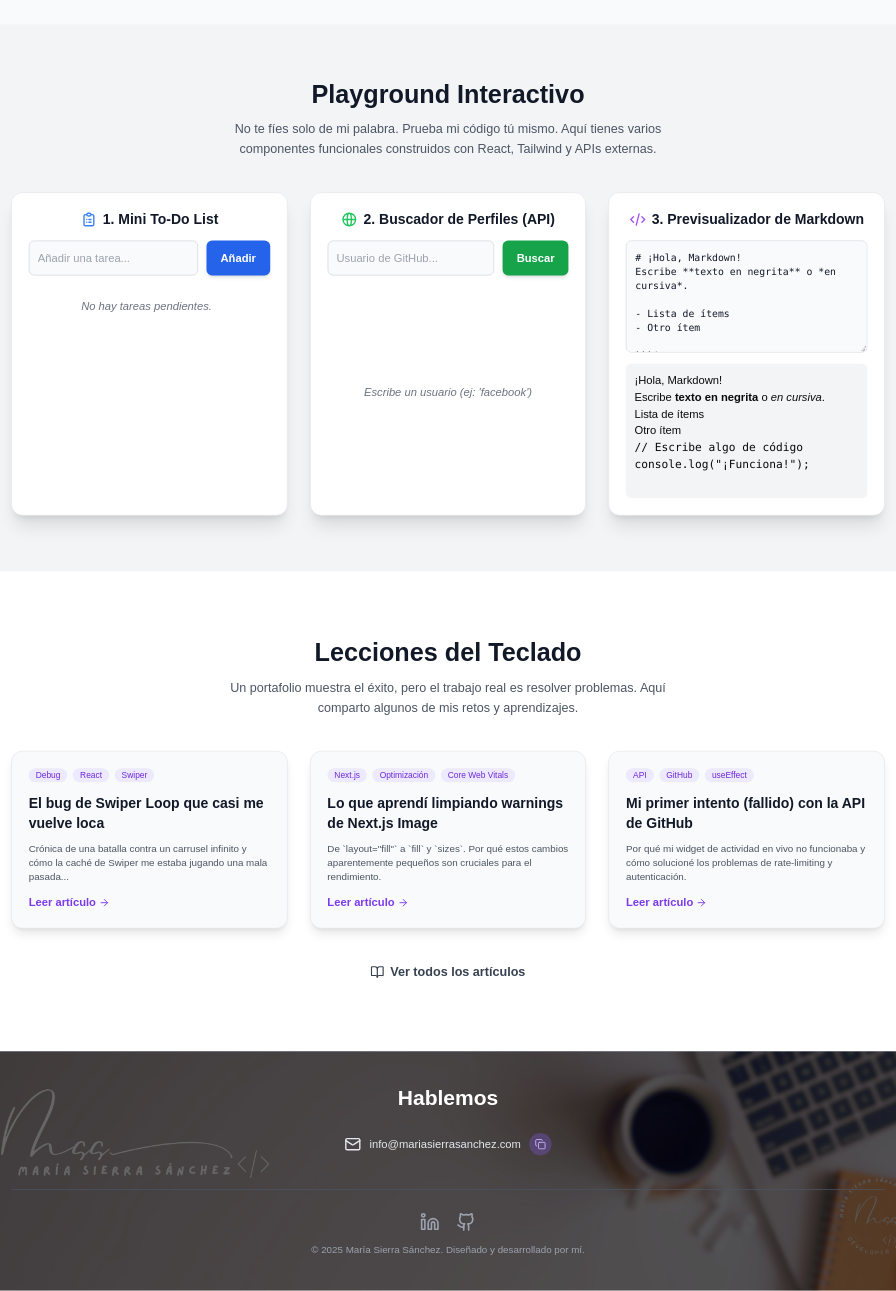
Repository: SierraMa1/SierraMa1.github.io
Page: /
These files come from the project's save history. The page is drawn as it stood at one moment and after the next save; the edit follows.
The browser window is 1280 px wide. The pictures show the part of the page from y = 3921 to 5841 px (the page is 5765 px tall before and 5841 px after), at 70% of full size.
The page's requests for data from a server got no answer. The project was rebuilt for these pictures with package versions that can differ from the ones it lists, and the page was loaded fresh each time. The framework's server and built-in components were replaced by stand-ins that run in the browser. No one was signed in, and anything a server would have sent is missing. Also part of the build but not shown: next.config.ts, src/components/ChatWindow.jsx.

Above is the page before, as saved 2025-10-27 18:14:11.

After the next save:
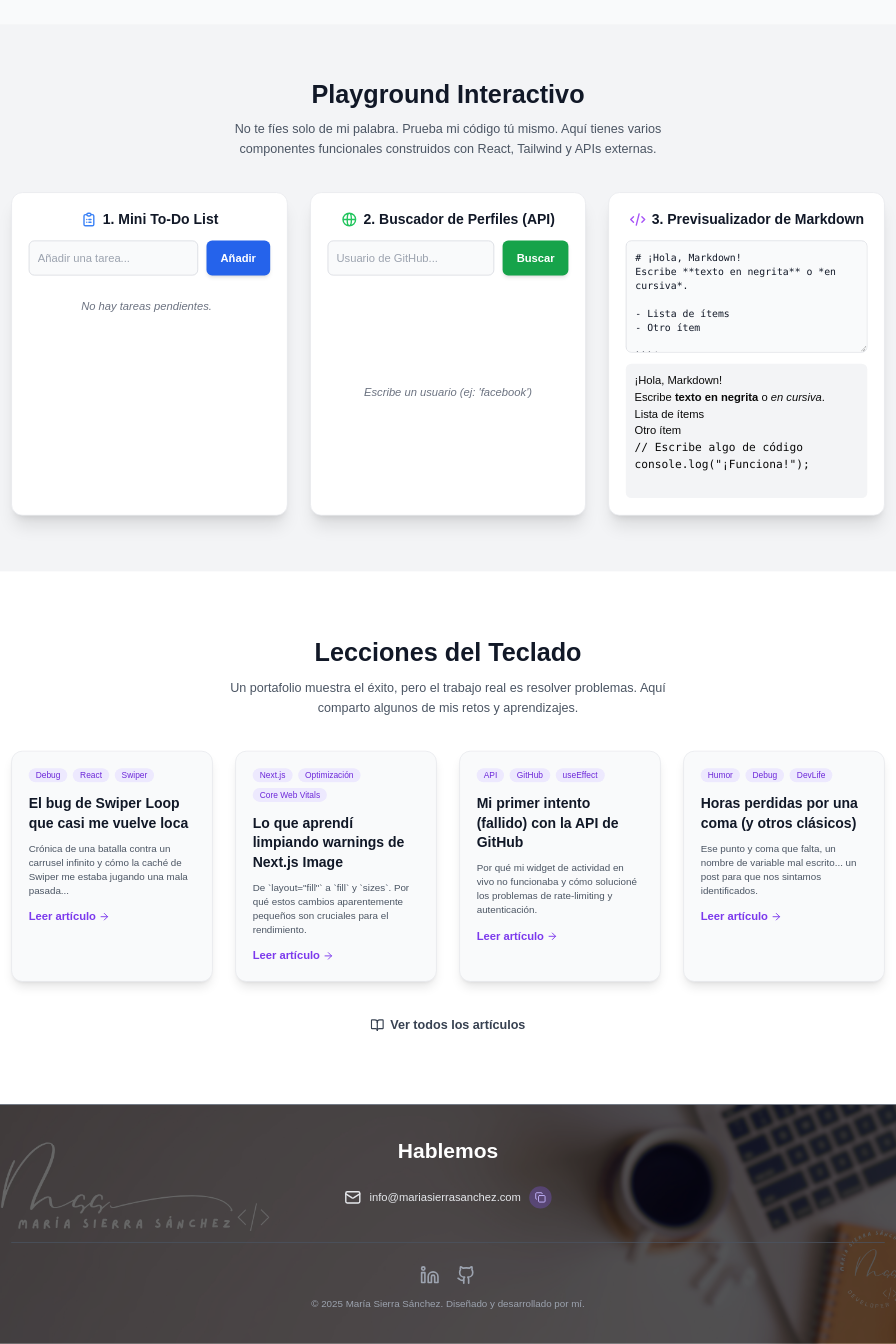
Saved 7 min 8 s later.
--- a/src/components/BlogSection.tsx
+++ b/src/components/BlogSection.tsx
@@ -17,11 +17,17 @@ const blogPosts = [
     tags: ['Next.js', 'Optimización', 'Core Web Vitals'],
   },
   {
-    // ¡AQUÍ ESTABA EL ERROR! He corregido el slug:
     slug: '/blog/primer-intento-api-github',
     title: 'Mi primer intento (fallido) con la API de GitHub',
     description: 'Por qué mi widget de actividad en vivo no funcionaba y cómo solucioné los problemas de rate-limiting y autenticación.',
     tags: ['API', 'GitHub', 'useEffect'],
+  },
+  // ¡AQUÍ ESTÁ EL NUEVO ARTÍCULO!
+  {
+    slug: '/blog/olvide-una-coma',
+    title: 'Horas perdidas por una coma (y otros clásicos)',
+    description: 'Ese punto y coma que falta, un nombre de variable mal escrito... un post para que nos sintamos identificados.',
+    tags: ['Humor', 'Debug', 'DevLife'],
   },
 ];
 // -------------------------
@@ -39,7 +45,7 @@ export default function BlogSection() {
         </p>
 
         {/* Contenedor de Artículos */}
-        <div className="grid grid-cols-1 md:grid-cols-3 gap-8">
+        <div className="grid grid-cols-1 md:grid-cols-2 lg:grid-cols-4 gap-8">
           {blogPosts.map((post) => (
             <Link
               href={post.slug}
